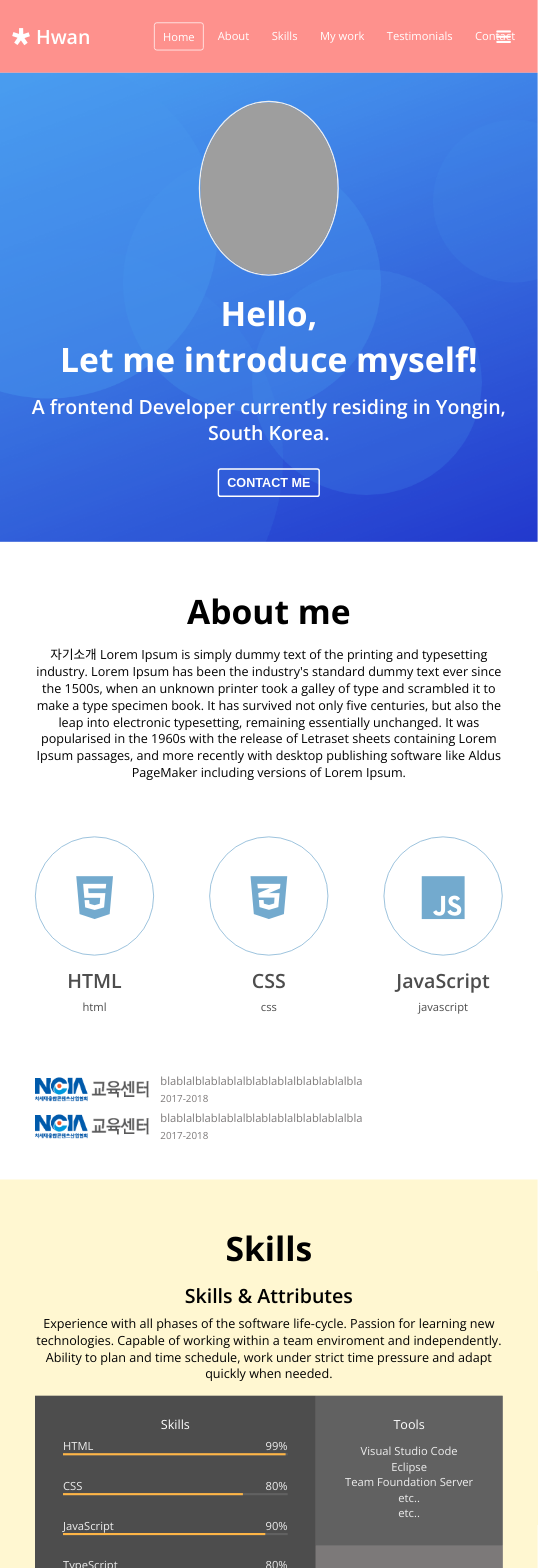
Repository: dhchun1203/Portfolio
Page: index.html
These files come from the project's save history. The page is drawn as it stood at one moment and after the next save; the edit follows.
The browser window is 768 px wide. The pictures show the part of the page from y = 0 to 2240 px (the page is 5118 px tall before and 5156 px after), at 70% of full size.
Pictures or frames that could not be fetched are drawn as grey boxes. Some web libraries are served in a nearby version.

Above is the page before, as saved 2020-12-08 23:03:39.

### index.html
<!DOCTYPE html>
<html lang="en">
	<head>
		<meta charset="UTF-8" />
		<meta name="viewport" content="width=device-width, initial-scale=1.0" />
		<title>Hwan's Portfolio</title>
		<meta
			name="description"
			content="portfolio for world-renowned software engineer Hwan"
		/>
		<meta name="author" content="Hwan" />
		<link rel="icon" type="image/png" href="imgs/favicon.png" />
		<script
			src="https://kit.fontawesome.com/8b98a99811.js"
			crossorigin="anonymous"
		></script>
		<link rel="preconnect" href="https://fonts.gstatic.com" />
		<link
			href="https://fonts.googleapis.com/css2?family=Open+Sans:wght@400;600;700&display=swap"
			rel="stylesheet"
		/>
		<link rel="stylesheet" href="style.css" />
		<script src="main.js" defer></script>
	</head>
	<body>
		<!-- Navbar -->
		<nav id="navbar">
			<div class="navbar__logo">
				<i class="fab fa-diaspora"></i>
				<a href="#">Hwan</a>
			</div>
			<div class="navbar__menu">
				<ul class="navbar__menu">
					<li class="navbar__menu__item active">Home</li>
					<li class="navbar__menu__item">About</li>
					<li class="navbar__menu__item">Skills</li>
					<li class="navbar__menu__item">My work</li>
					<li class="navbar__menu__item">Testimonials</li>
					<li class="navbar__menu__item">Contact</li>
				</ul>
			</div>
			<!-- Toggle button -->
			<button class="navbar__toggle-btn">
				<i class="fas fa-bars"></i>
			</button>
		</nav>
		<!-- Home -->
		<section id="home">
			<img class="home__avatar" src="imgs/profile.jpg" alt="profile" />

			<h1 class="home__title">Hello, <br />Let me introduce myself!</h1>

			<h2 class="home__description">
				A frontend Developer currently residing in Yongin, South Korea.
			</h2>
			<button class="home__contact">CONTACT ME</button>
		</section>
		<!-- About -->
		<section id="about" class="section section__container">
			<h1>About me</h1>
			<p>
				자기소개 Lorem Ipsum is simply dummy text of the printing and
				typesetting industry. Lorem Ipsum has been the industry's standard dummy
				text ever since the 1500s, when an unknown printer took a galley of type
				and scrambled it to make a type specimen book. It has survived not only
				five centuries, but also the leap into electronic typesetting, remaining
				essentially unchanged. It was popularised in the 1960s with the release
				of Letraset sheets containing Lorem Ipsum passages, and more recently
				with desktop publishing software like Aldus PageMaker including versions
				of Lorem Ipsum.
			</p>
			<div class="about__majors">
				<div class="major">
					<div class="major__icon"><i class="fab fa-html5"></i></div>
					<h2 class="major__title">HTML</h2>
					<div class="major__description">html</div>
				</div>
				<div class="major">
					<div class="major__icon"><i class="fab fa-css3-alt"></i></div>
					<h2 class="major__title">CSS</h2>
					<div class="major__description">css</div>
				</div>
				<div class="major">
					<div class="major__icon"><i class="fab fa-js"></i></div>
					<h2 class="major__title">JavaScript</h2>
					<div class="major__description">javascript</div>
				</div>
			</div>
			<!-- <div class="about__spec">
				<div class="about__spec__item">
					<img src="" alt="HtmlImage" />
					<h3>HTML</h3>
					<p>html</p>
				</div>
				<div class="about__spec__item">
					<img src="" alt="CssImage" />
					<h3>CSS</h3>
					<p>css</p>
				</div>
				<div class="about__spec__item">
					<img src="" alt="JavaScriptImage" />
					<h3>JavaScript</h3>
					<p>javascript</p>
				</div>
			</div> -->
			<div class="about__jobs">
				<div class="job">
					<img
						src="imgs/jobs/nciaedu_logo.png"
						alt="ncia logo"
						class="job__logo"
					/>
					<div class="job__description">
						<p class="job__name">blablalblablablalblablablalblablablalbla</p>
						<p class="job__period">2017-2018</p>
					</div>
				</div>
				<div class="job">
					<img
						src="imgs/jobs/nciaedu_logo.png"
						alt="ncia logo"
						class="job__logo"
					/>
					<div class="job__description">
						<p class="job__name">blablalblablablalblablablalblablablalbla</p>
						<p class="job__period">2017-2018</p>
					</div>
				</div>
			</div>
			<!-- <div class="career">
				<div class="career__item">
					<img class="career__image" src="" alt="career image" />
					<p>what's my career</p>
				</div>
				<div class="career__item">
					<img class="career__image" src="" alt="career image" />
					<p>what's my career</p>
				</div>
			</div> -->
		</section>
		<!-- Skills -->
		<section id="skills" class="section">
			<div class="section__container">
				<h1>Skills</h1>
				<h2>Skills & Attributes</h2>
				<p>
					Experience with all phases of the software life-cycle. Passion for
					learning new technologies. Capable of working within a team enviroment
					and independently. Ability to plan and time schedule, work under
					strict time pressure and adapt quickly when needed.
				</p>
				<div class="skillset">
					<div class="skillset__left">
						<h3 class="skillset__title">Skills</h3>
						<div class="skill">
							<div class="skill__description">
								<span>HTML</span>
								<span>99%</span>
							</div>
							<div class="skill__bar">
								<div class="skill__value" style="width: 99%"></div>
							</div>
						</div>
						<div class="skill">
							<div class="skill__description">
								<span>CSS</span>
								<span>80%</span>
							</div>
							<div class="skill__bar">
								<div class="skill__value" style="width: 80%"></div>
							</div>
						</div>
						<div class="skill">
							<div class="skill__description">
								<span>JavaScript</span>
								<span>90%</span>
							</div>
							<div class="skill__bar">
								<div class="skill__value" style="width: 90%"></div>
							</div>
						</div>
						<div class="skill">
							<div class="skill__description">
								<span>TypeScript</span>
								<span>80%</span>
							</div>
							<div class="skill__bar">
								<div class="skill__value" style="width: 80%"></div>
							</div>
						</div>
						<div class="skill">
							<div class="skill__description">
								<span>React</span>
								<span>80%</span>
							</div>
							<div class="skill__bar">
								<div class="skill__value" style="width: 80%"></div>
							</div>
						</div>
					</div>
					<div class="skillset__right">
						<div class="tools">
							<h3 class="skillset__title">Tools</h3>
							<ul class="tools__list">
								<li><span>Visual Studio Code</span></li>
								<li><span>Eclipse</span></li>
								<li><span>Team Foundation Server</span></li>
								<li><span>etc..</span></li>
								<li><span>etc..</span></li>
							</ul>
						</div>
						<div class="etc">
							<h3 class="skillset__title">Etc</h3>
							<ul class="etc__list">
								<li><span>Git</span></li>
								<li><span>Slack</span></li>
								<li><span>etc..</span></li>
							</ul>
						</div>
					</div>
				</div>
			</div>
		</section>
		<!-- Work -->
		<section id="work" class="section">
			<div class="section__container">
				<h1>My work</h1>
				<h3>Projects</h3>
				<div class="work__categories">
					<button class="category__btn selected" data-filter="*">
						All <span class="category__count">8</span>
					</button>
					<button class="category__btn" data-filter="front-end">
						Front-end <span class="category__count">3</span>
					</button>
					<button class="category__btn" data-filter="back-end">
						Back-end <span class="category__count">3</span>
					</button>
					<button class="category__btn" data-filter="mobile">
						Mobile <span class="category__count">2</span>
					</button>
				</div>
				<div class="work__projects">
					<a
						href="https://github.com/dhchun1203/DreamCoding_youtube-project"
						class="project"
						data-type="front-end"
						target="blank"
					>
						<img
							src="imgs/projects/project1.png"
							alt="youtube project thumbnail"
							class="project__img"
						/>
						<div class="project__description">
							<!--마우스를 올렸을 때 표시될 내용-->
							<h3>Youtube Site</h3>
							<span>Clone coding with HTML and CSS</span>
						</div>
					</a>
					<a
						href="https://github.com/dhchun1203/DreamCoding_youtube-project"
						class="project"
						data-type="front-end"
						target="blank"
					>
						<img
							src="imgs/projects/project2.png"
							alt="youtube project thumbnail"
							class="project__img"
						/>
						<div class="project__description">
							<h3>Project2</h3>
							<span>Fill in your own project</span>
						</div>
					</a>
					<a
						href="https://github.com/dhchun1203/DreamCoding_youtube-project"
						class="project"
						data-type="front-end"
						target="blank"
					>
						<img
							src="imgs/projects/project3.png"
							alt="youtube project thumbnail"
							class="project__img"
						/>
						<div class="project__description">
							<h3>Project3</h3>
							<span>Fill in your own project</span>
						</div>
					</a>
					<a
						href="https://github.com/dhchun1203/DreamCoding_youtube-project"
						class="project"
						data-type="back-end"
						target="blank"
					>
						<img
							src="imgs/projects/project4.png"
							alt="youtube project thumbnail"
							class="project__img"
						/>
						<div class="project__description">
							<h3>Project4</h3>
							<span>Fill in your own project</span>
						</div>
					</a>
					<a
						href="https://github.com/dhchun1203/DreamCoding_youtube-project"
						class="project"
						data-type="back-end"
						target="blank"
					>
						<img
							src="imgs/projects/project5.png"
							alt="youtube project thumbnail"
							class="project__img"
						/>
						<div class="project__description">
							<h3>Project5</h3>
							<span>Fill in your own project</span>
						</div>
					</a>
					<a
						href="https://github.com/dhchun1203/DreamCoding_youtube-project"
						class="project"
						data-type="mobile"
						target="blank"
					>
						<img
							src="imgs/projects/project6.png"
							alt="youtube project thumbnail"
							class="project__img"
						/>
						<div class="project__description">
							<h3>Project6</h3>
							<span>Fill in your own project</span>
						</div>
					</a>
					<a
						href="https://github.com/dhchun1203/DreamCoding_youtube-project"
						class="project"
						data-type="mobile"
						target="blank"
					>
						<img
							src="imgs/projects/project7.png"
							alt="youtube project thumbnail"
							class="project__img"
						/>
						<div class="project__description">
							<h3>Project7</h3>
							<span>Fill in your own project</span>
						</div>
					</a>
					<a
						href="https://github.com/dhchun1203/DreamCoding_youtube-project"
						class="project"
						data-type="mobile"
						target="blank"
					>
						<img
							src="imgs/projects/project8.png"
							alt="youtube project thumbnail"
							class="project__img"
						/>
						<div class="project__description">
							<h3>Project8</h3>
							<span>Fill in your own project</span>
						</div>
					</a>
				</div>
			</div>
		</section>
		<!-- Testimonial -->
		<section id="testimonials" class="section">
			<div class="section__container">
				<h1>Testimonials</h1>
				<h3>See what they say about me</h3>
				<div class="testimonials">
					<div class="testimonial">
						<img
							src="imgs/testimonial/people1.jpg"
							alt="People"
							class="testimonial__avatar"
						/>
						<div class="testimonial__speech-bubble">
							<p>
								Lorem Ipsum has been the industry's standard dummy text ever
								since the 1500s, when an unknown printer took a galley of type
								and scrambled it to make a type specimen book. It has survived
								not only five centuries, but also the leap into electronic
								typesetting, remaining essentially unchanged.
							</p>
							<p class="name"><a href="#">Sung jin</a> / Samsung</p>
						</div>
					</div>
					<div class="testimonial">
						<div class="testimonial__speech-bubble">
							<p>
								Lorem Ipsum has been the industry's standard dummy text ever
								since the 1500s, when an unknown printer took a galley of type
								and scrambled it to make a type specimen book. It has survived
								not only five centuries, but also the leap into electronic
								typesetting, remaining essentially unchanged.
							</p>
							<p class="name"><a href="#">Sung jin</a> / Samsung</p>
						</div>
						<img
							src="imgs/testimonial/people1.jpg"
							alt="People"
							class="testimonial__avatar"
						/>
					</div>
				</div>
			</div>
		</section>
		<!-- Contact -->
		<section id="contact" class="section">
			<h1 class="contact__title">Let's talk</h1>
			<h2 class="contact__email">dhchun1203@gmail.com</h2>
			<div class="contact__links">
				<a href="https://github.com/dhchun1203" target="blank">
					<i class="fab fa-github"></i>
				</a>
				<a
					href="https://www.facebook.com/profile.php?id=100010406657545"
					target="blank"
				>
					<i class="fab fa-facebook"></i>
				</a>
			</div>
			<p class="contact__rights">
				2020 Dream Coding Hwan - All rights reserved
			</p>
		</section>
	</body>
</html>

### style.css
/* Global */
:root {
	/* Color */
	--color-white: #ffffff;
	--color-light-white: #eeeeee;
	--color-dark-white: #bdbdbd;
	--color-pink: #fe918d;
	--color-dark-pink: #ff6863;
	--color-dark-grey: #4d4d4d;
	--color-grey: #616161;
	--color-light-grey: #7c7979;
	--color-blue: #73aace;
	--color-yellow: #fff7d1;
	--color-orange: #feb546;
	--color-black: #000000;

	/* Font size */
	--font-large: 48px;
	--font-medium: 28px;
	--font-regular: 18px;
	--font-small: 16px;
	--font-micro: 14px;

	/* Font weight */
	--weight-bold: 700;
	--weight-semi-bold: 600;
	--weight-regular: 400;

	/* Size */
	--size-border-radius: 4px;

	/* Animation */
	--animation-duration: 300ms;
}

/* Universal tags */
* {
	box-sizing: border-box;
}
body {
	margin: 0;
	font-family: "Open Sans", sans-serif;
	cursor: default;
}
a {
	text-decoration: none;
	color: var(--color-white);
}
ul {
	padding-left: 0;
}
li {
	list-style: none;
}
button {
	background-color: transparent;
	cursor: pointer;
	border: none;
	outline: none;
}

/* Typography(header) */
h1 {
	font-size: var(--font-large);
	font-weight: var(--weight-bold);
	color: var(--color-black);
	margin: 16px 0;
}
h2 {
	font-size: var(--font-medium);
	font-weight: var(--weight-semi-bold);
	color: var(--color-black);
	margin: 8px 0;
}
h3 {
	font-size: var(--font-regular);
	font-weight: var(--font-regular);
	color: var(--color-black);
	margin: 8px 0;
}
p {
	font-size: var(--font-regular);
	font-weight: var(--font-regular);
	color: var(--color-black);
	margin: 4px 0;
}

/* Navbar */
#navbar {
	display: flex;
	justify-content: space-between;
	align-items: center;
	background-color: var(--color-pink);
	color: var(--color-white);
	padding: 16px;
}
.navbar__menu {
	display: flex;
}
.navbar__logo {
	font-size: var(--font-medium);
	font-weight: var(--weight-semi-bold);
}
.navbar__menu__item {
	padding: 8px 12px;
	margin: 0 4px;
	cursor: pointer;
	border-radius: var(--size-border-radius);
}
.navbar__menu__item.active {
	border: 1px solid var(--color-white);
	border-radius: var(--size-border-radius);
}
.navbar__menu__item:hover {
	background-color: var(--color-dark-pink);
}
.navbar__toggle-btn {
	position: absolute;
	right: 32px;
	font-size: 24px;
	color: var(--color-white);
	top: 38px;
	display: none;
}
/* Home */
#home {
	background: url("imgs/home-background.png.png") center/cover no-repeat;
	padding: 40px;
	text-align: center;
}
.home__avatar {
	width: 200px;
	height: 250px;
	border-radius: 50%;
	border: 2px solid var(--color-light-white);
}
.home__title,
.home__description {
	color: var(--color-white);
}
.home__contact {
	color: var(--color-white);
	font-size: var(--font-regular);
	font-weight: var(--weight-bold);
	margin: 24px;
	padding: 8px 12px;
	border: 2px solid var(--color-white);
	border-radius: var(--size-border-radius);
}

/* Section common */
.section {
	text-align: center;
	padding: 50px;
	margin: auto;
}
.section__container {
	max-width: 1200px;
	margin: auto;
}

/* About */
.about__majors {
	display: flex;
	justify-content: space-between;
	margin: 80px 0;
}
.major__icon {
	width: 170px;
	height: 170px;
	font-size: 70px;
	line-height: 170px;
	margin: auto;
	border: 1px solid var(--color-blue);
	border-radius: 50%;
	margin-bottom: 16px;
	color: var(--color-blue);
}
.major__icon i {
	transition: all var(--animation-duration) ease;
}
.major__icon:hover i {
	color: var(--color-pink);
	transform: rotate(-30deg) scale(1.1);
}
.major__title,
.major__description {
	color: var(--color-dark-grey);
}
.major__description {
	font-size: var(--font-small);
}
.job {
	display: flex;
	align-items: center;
}
.job__description {
	margin: 0 16px;
	text-align: left;
}
.job__name,
.job__period {
	color: var(--color-light-grey);
}
.job__name {
	font-size: var(--font-small);
}
.job__period {
	font-size: var(--font-micro);
}

/* Skill */
#skills {
	background-color: var(--color-yellow);
}
.skillset {
	color: var(--color-light-white);
	display: flex;
	background-color: var(--color-light-grey);
	margin: 20px 0;
}
.skillset__title {
	color: var(--color-white);
}
.skillset__left {
	flex-basis: 60%;
	background-color: var(--color-dark-grey);
	padding: 20px 40px;
}
.skill {
	margin-bottom: 32px;
}
.skill__description {
	display: flex;
	justify-content: space-between;
}
.skill__bar {
	width: 100%;
	height: 3px;
	background-color: var(--color-grey);
}
.skill__value {
	height: 3px;
	background-color: var(--color-orange);
}
.skillset__right {
	flex-basis: 40%;
}
.tools {
	background-color: var(--color-grey);
}
.tools,
.etc {
	padding: 20px;
}
.etc {
	background-color: var(--color-light-grey);
}

/* Work */
.work__categories {
	margin: 40px;
}
.category__btn {
	border: 1px solid var(--color-dark-white);
	border-radius: var(--size-border-radius);
	font-size: var(--font-regular);
	padding: 8px 48px;
}
.category__btn.active,
.category__btn:hover {
	background-color: var(--color-pink);
	color: var(--color-white);
}
.category__btn.active .category__count,
.category__btn:hover .category__count {
	opacity: 1;
	top: 0;
}
.category__count {
	background-color: var(--color-orange);
	border-radius: 50%;
	color: var(--color-white);
	width: 24px;
	height: 24px;
	line-height: 24px;
	display: inline-block;
	position: relative;
	top: -20px;
	left: 4px;
	opacity: 0;
	transition: all var(--animation-duration) ease-in;
}
.work__projects {
	display: flex;
	flex-wrap: wrap;
	justify-content: center;
}
.project {
	position: relative;
	display: flex;
	justify-content: center;
	align-items: center;
	width: 280px;
	height: 250px;
	margin: 2px;
	background-color: var(--color-light-white);
}
.project__img {
	max-width: 100%;
	max-height: 100%;
	align-self: center;
}
.project__description {
	position: absolute;
	background-color: black;
	display: flex;
	flex-direction: column;
	justify-content: center;
	width: 100%;
	height: 100%;
	top: 0;
	left: 0;
	opacity: 0;
	transform: translateY(10px);
	transition: all var(--animation-duration) ease-in;
}
.project:hover .project__description {
	opacity: 0.8;
	transform: translateY(0px);
}
.project__description h3 {
	color: var(--color-white);
}
.project__description h3:after {
	content: "";
	display: block;
	position: relative;
	left: 50%;
	width: 25px;
	height: 2px;
	margin-left: -12px;
	margin-top: 8px;
	background-color: var(--color-dark-white);
}

/* Testimonial */
#testimonials {
	background-color: var(--color-light-white);
}
.testimonials {
	margin: 40px;
}
.testimonial {
	display: flex;
	margin: 32px 0;
}
.testimonial__avatar {
	width: 150px;
	height: 150px;
	border-radius: 50%;
}
.testimonial__avatar:nth-child(odd) {
	margin-right: 40px;
}
.testimonial__avatar:nth-child(even) {
	margin-left: 40px;
}
.testimonial__speech-bubble {
	padding: 18px;
	background-color: var(--color-white);
	border-radius: var(--size-border-radius);
}
.testimonial__speech-bubble p {
	color: var(--color-light-grey);
}
.testimonial__speech-bubble a {
	color: var(--color-pink);
}

/* Contact */
#contact {
	background-color: var(--color-pink);
}
.contact__title,
.contact__email,
.contact__rights {
	color: var(--color-white);
}
.contact__title {
	margin: 32px 0;
}
.contact__links {
	font-size: var(--font-large);
	margin: 24px 0;
}
.contact__links i {
	transition: all calc(var(--animation-duration) / 2) ease-in;
}
.contact__links i:hover {
	transform: scale(1.2);
	color: var(--color-yellow);
}

@media screen and (max-width: 768px) {
	.navbar__toggle-btn {
		display: block;
	}
}

Loaded but not shown: main.js (no copy from this time; the picture is the same without it)

After the next save:
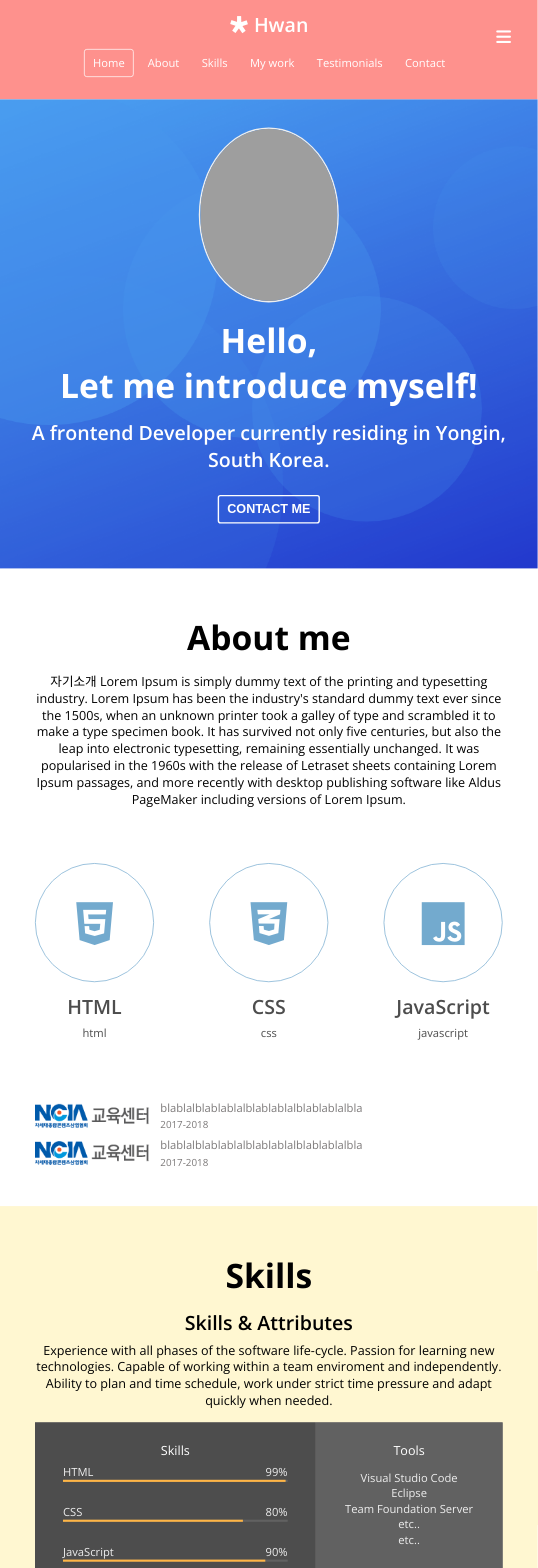
Saved 32 s later.
--- a/style.css
+++ b/style.css
@@ -406,4 +406,7 @@
 	.navbar__toggle-btn {
 		display: block;
 	}
-}
+	#navbar {
+		flex-direction: column;
+	}
+}
